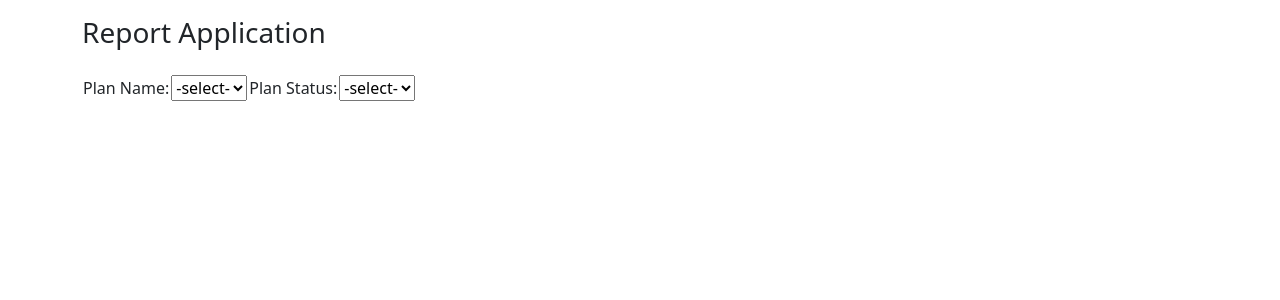
Repository: dubeygaurav52/SpringBoot_Microservices_Concepts
Page: http://localhost/01_Report_App/pages/index.jsp
An editor plug-in stored every save of this project. The page is shown before and after the next save, followed by the edit.
The browser window is 1280 px wide. The pictures show the whole page.
The page is served by Tomcat 9.

Above is the page before, as saved 2025-05-01 14:22:18.

After the next save:
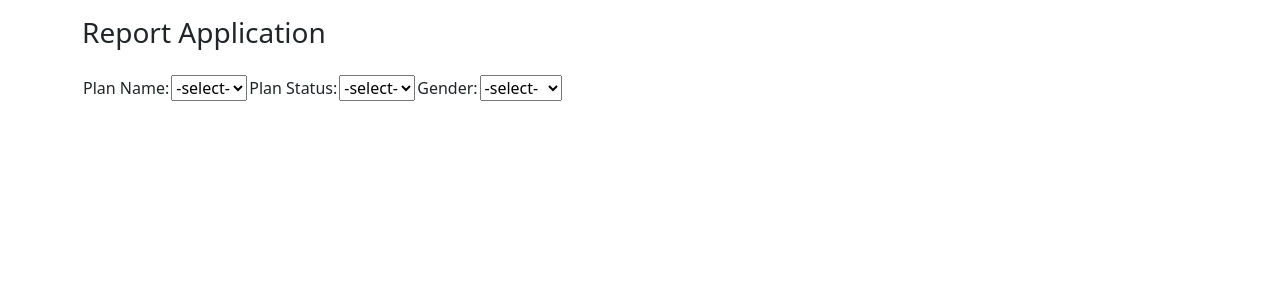
Saved 2 min 38 s later.
--- a/01_Report_App/src/main/webapp/pages/index.jsp
+++ b/01_Report_App/src/main/webapp/pages/index.jsp
@@ -32,6 +32,15 @@
 <option value="">-select-</option>
 </select>
 </td>
+<td>Gender:</td>
+<td>
+<select path="gender">
+<option value="">-select-</option>
+<option value="Male">Male</option>
+<option value="Fe-Male">Fe-Male</option>
+</select>
+</td>
+
 </tr>
 </table>
 
